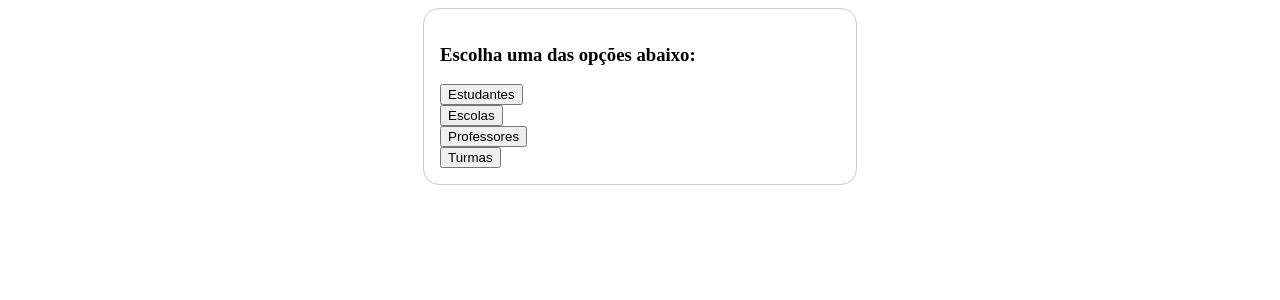
Repository: ipti/br.tag.webservice
Page: http://localhost/Restful-API-TAG/
These files come from the project's save history. The page is drawn as it stood at one moment and after the next save; the edit follows.
The browser window is 1280 px wide. The pictures show the whole page.
The page is served by Tomcat 9.

Above is the page before, as saved 2016-04-27 12:54:42.

After the next save:
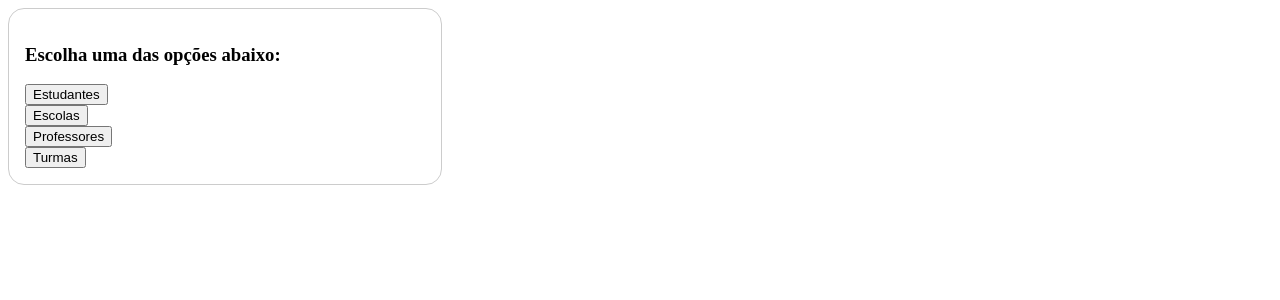
Saved 19 s later.
--- a/Restful-API-TAG/WebContent/styles.css
+++ b/Restful-API-TAG/WebContent/styles.css
@@ -2,7 +2,7 @@
 
 #mainDiv {
     /* Just to center the form on the page */
-    margin: 0 auto;
+    margin: 50 auto;
     width: 400px;
     /* To see the outline of the form */
     padding: 1em;
